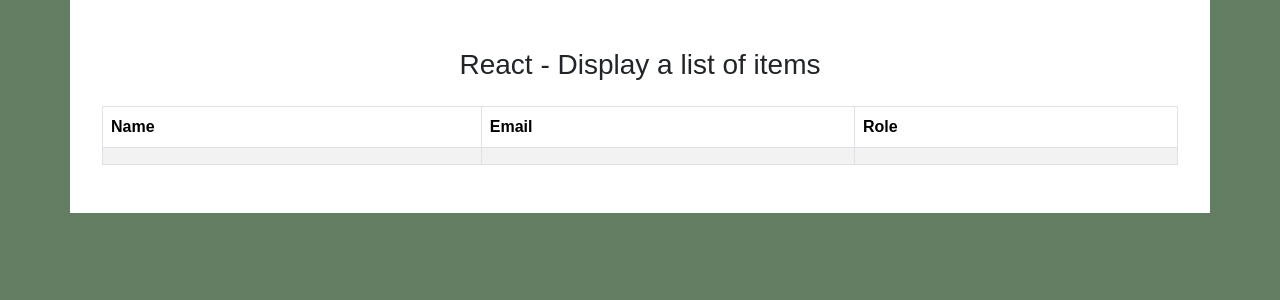
Repository: ryangen97/TT4_Group12
Page: / (app in dbsseed/)
An editor plug-in stored every save of this project. The page is shown before and after the next save, followed by the edit.
The browser window is 1280 px wide. The pictures show the whole page.
The project was rebuilt for these pictures with package versions that can differ from the ones it lists, and the page was loaded fresh each time. Also part of the build but not shown: dbsseed/src/Login.js.

Above is the page before, as saved 2021-05-07 12:42:54.

### dbsseed/src/App.js
import TranscationHistory from "./transactionhistory"
import Login from "./Login.js"

function App() {

  return (
    <div className="Login">
      <TranscationHistory/>
    </div>
  );
}

export default App;

### dbsseed/src/transactionhistory.js
import React, { useState } from 'react';

function TransactionHistory() {
    const [users, setUsers] = useState([
        { custID : 1, payeeID : 'Frank', date : 'Murphy', amount : 'frank.murphy@test.com', eGift : 'User', message: "" },
    ]);

    return (
        <div className="container">
            <h3 className="p-3 text-center">React - Display a list of items</h3>
            <table className="table table-striped table-bordered">
                <thead>
                    <tr>
                        <th>Name</th>
                        <th>Email</th>
                        <th>Role</th>
                    </tr>
                </thead>
                <tbody>
                    {users && users.map(user =>
                        <tr key={user.id}>
                            <td>{user.firstName} {user.lastName}</td>
                            <td>{user.email}</td>
                            <td>{user.role}</td>
                        </tr>
                    )}
                </tbody>
            </table>
        </div>
    );
}

export default TransactionHistory;

### dbsseed/src/App.css
.App {
  text-align: center;
}

.App-logo {
  height: 40vmin;
  pointer-events: none;
}

@media (prefers-reduced-motion: no-preference) {
  .App-logo {
    animation: App-logo-spin infinite 20s linear;
  }
}

.App-header {
  background-color: #282c34;
  min-height: 100vh;
  display: flex;
  flex-direction: column;
  align-items: center;
  justify-content: center;
  font-size: calc(10px + 2vmin);
  color: white;
}

.App-link {
  color: #61dafb;
}

@keyframes App-logo-spin {
  from {
    transform: rotate(0deg);
  }
  to {
    transform: rotate(360deg);
  }
}

.container {
  background-color: white;
  padding: 2rem;
}

.content {
  background-color: white;
  padding: .5rem;
}

.cf:before,
.cf:after {
    content: " "; /* 1 */
    display: table; /* 2 */
}

.cf:after {
    clear: both;
}

/**
 * For IE 6/7 only
 * Include this rule to trigger hasLayout and contain floats.
 */
.cf {
    *zoom: 1;
}

body{
	font-family: sans-serif;
}

### dbsseed/src/Login.css
* {
  margin: 0;
  padding: 0;
}

body {
  background: #637d63;
}

.App {
  font-family: sans-serif;
  text-align: center;
}

.form {
  max-width: 330px;
  margin: 0 auto;
  display: flex;
  flex-direction: column;
  background: white;
  padding: 20px;
  margin-top: 30px;
}

.form .form__custom-button {
  margin-top: 50px;
}

Loaded but not shown: dbsseed/public/index.html (common file); dbsseed/src/index.js (common file); dbsseed/src/index.css (common file)

After the next save:
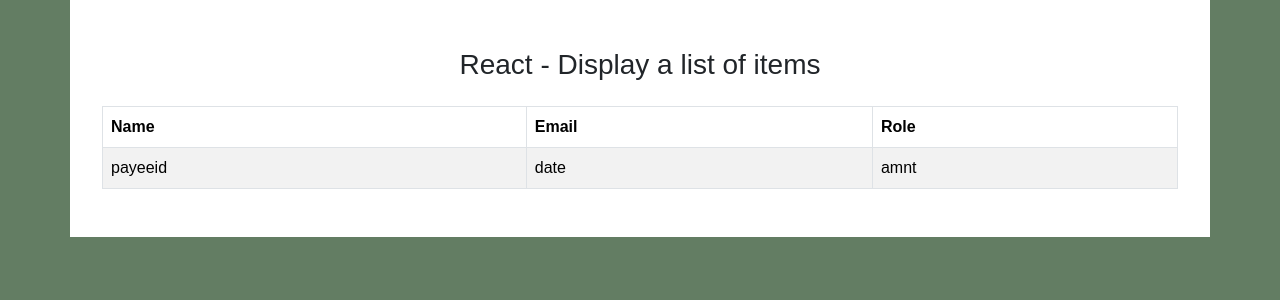
Saved 57 s later.
--- a/dbsseed/src/transactionhistory.js
+++ b/dbsseed/src/transactionhistory.js
@@ -2,7 +2,7 @@ import React, { useState } from 'react';
 
 function TransactionHistory() {
     const [users, setUsers] = useState([
-        { custID : 1, payeeID : 'Frank', date : 'Murphy', amount : 'frank.murphy@test.com', eGift : 'User', message: "" },
+        { custID : 1, payeeID : 'payeeid', date : 'date', amount : 'amnt', eGift : 'egift', message: "msg" },
     ]);
 
     return (
@@ -18,10 +18,10 @@ function TransactionHistory() {
                 </thead>
                 <tbody>
                     {users && users.map(user =>
-                        <tr key={user.id}>
-                            <td>{user.firstName} {user.lastName}</td>
-                            <td>{user.email}</td>
-                            <td>{user.role}</td>
+                        <tr key={user.custID}>
+                            <td>{user.payeeID} </td>
+                            <td>{user.date}</td>
+                            <td>{user.amount}</td>
                         </tr>
                     )}
                 </tbody>
